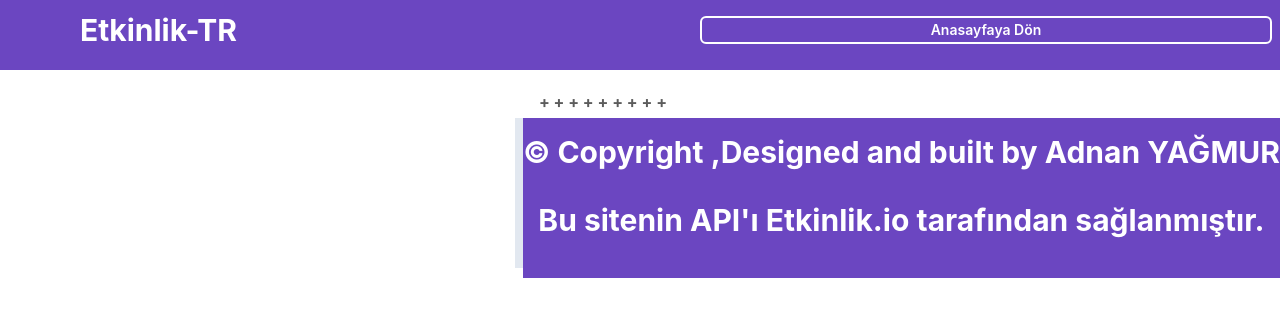
Repository: adnanyagmur/EtsTur-FrontEnd-Hiring-Challange
Page: /detailPage
These files come from the project's save history. The page is drawn as it stood at one moment and after the next save; the edit follows.
The browser window is 1280 px wide. The pictures show the whole page.
The project was rebuilt for these pictures with package versions that can differ from the ones it lists, and the page was loaded fresh each time. Also part of the build but not shown: src/index.css, src/components/eventList/EventList.jsx, src/components/hompage/HomePage.jsx, src/pastApi/json.js, src/components/pastEventList/PastList.jsx.

Above is the page before, as saved 2022-06-21 21:52:05.

### src/index.js
import React from 'react';
import ReactDOM from 'react-dom/client';
import './index.css';
import App from './App';
import {BrowserRouter} from "react-router-dom";
import { ChakraProvider, theme } from '@chakra-ui/react'



const root = ReactDOM.createRoot(document.getElementById('root'));
root.render(
  <React.StrictMode>
    <BrowserRouter>
    <ChakraProvider theme={theme}>
    <App />
    </ChakraProvider>
    </BrowserRouter>
  </React.StrictMode>
);

### src/App.js

import { Route, Routes } from "react-router-dom";
import DetailPage from "./components/detailPage/DetailPage";
import HomePage from "./components/hompage/HomePage";
import PastList from "./components/pastEventList/PastList"





function App() {

  return (
    <div>

    <Routes>
      <Route path="/" element={<HomePage></HomePage>}></Route>
      <Route path="/detailPage" element={<DetailPage></DetailPage>}></Route>

      /gecmisEtkinlikler

      <Route path="/gecmisEtkinlikler" element={<PastList></PastList>}></Route>

    </Routes>

    </div>

  );
}

export default App;

### src/components/detailPage/DetailPage.jsx


import { Grid, Box, GridItem, Text, SimpleGrid, Input, InputGroup, Button, InputRightElement } from '@chakra-ui/react';
import { useNavigate } from 'react-router-dom';


const DetailPage= ()=> {



    const name = localStorage.getItem("name");
    const image = localStorage.getItem("image");
    const category = localStorage.getItem("category");
    const description = localStorage.getItem("description");
    const price = localStorage.getItem("price");
    const basTarih =  localStorage.getItem("basTarih");
    const bitistarihi = localStorage.getItem("bitistarihi");
    const venue= localStorage.getItem("venue");
    const ticketLink = localStorage.getItem("ticketLink");
    const address = localStorage.getItem("address");
    const district=  localStorage.getItem("district");


    const navigation = useNavigate();
    const handleClick = () => {
        navigation("/")
    }


    return(
        <div>



     <Grid
          templateAreas={`"header header"
                  "nav main"
                  "nav footer"`}
          gridTemplateRows={'70px 1fr 150px'}
          gridTemplateColumns={'1fr'}
          h='200px'
          gap='1'
          color='blackAlpha.700'
          fontWeight='bold'
        >
          <GridItem pt='2' pl='80px' bg='purple.600' color='white' area={'header'}>
            <SimpleGrid columns={[null, 2]} spacing='40px'>
              <Text as='span' fontSize='3xl' >Etkinlik-TR</Text>

              <Button bg='purple.600' h mr='2' h='1.75rem' size='sm' mt="2" border='2px' borderColor='white' onClick={handleClick} >
               Anasayfaya Dön
              </Button>
            </SimpleGrid>


          </GridItem>

          <GridItem pl='6' pt='4' pr='6' bg='white' area={'main'} >

            <SimpleGrid columns={[1, null, 2, 3, 4, 5]} spacing='40px'>

            {name}  +  {image} + {category} + {description} + {price} + {basTarih}  +{bitistarihi}

{venue }  + {ticketLink}  + {address} + {district}


            </SimpleGrid>
          </GridItem>
          <GridItem pl='2' bg='gray.200' area={'footer'}>
            <SimpleGrid columns={1} color='white' >
              <Box pt='3' bg='purple.600' textAlign="center" height='80px'> <Text fontSize='3xl' >© Copyright ,Designed and built by Adnan YAĞMUR</Text></Box>
              <Box bg='purple.600' textAlign="center" height='80px'><Text fontSize='3xl' >Bu sitenin API'ı <a href='https://etkinlik.io/'>Etkinlik.io</a> tarafından sağlanmıştır.</Text></Box>
            </SimpleGrid>
          </GridItem>
        </Grid>


        </div>
    )
}

export default DetailPage;

Loaded but not shown: public/index.html (common file)

After the next save:
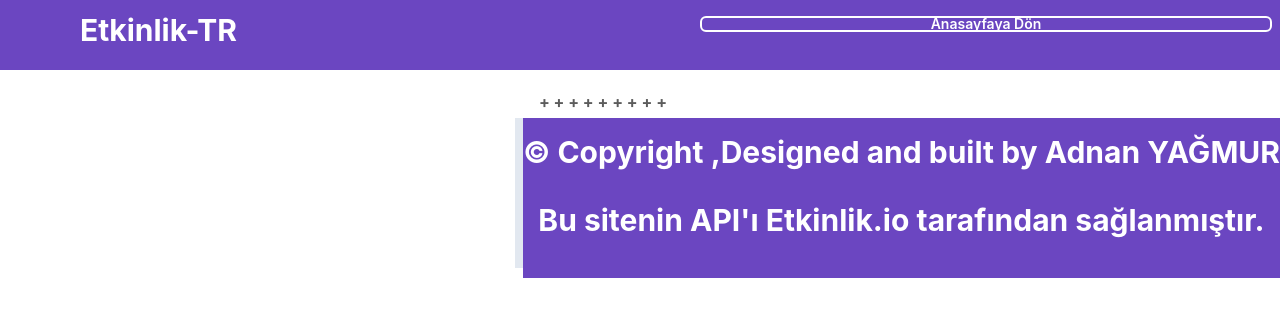
Saved 7 s later.
--- a/src/components/detailPage/DetailPage.jsx
+++ b/src/components/detailPage/DetailPage.jsx
@@ -47,7 +47,7 @@ const DetailPage= ()=> {
             <SimpleGrid columns={[null, 2]} spacing='40px'>
               <Text as='span' fontSize='3xl' >Etkinlik-TR</Text>
 
-              <Button bg='purple.600' h mr='2' h='1.75rem' size='sm' mt="2" border='2px' borderColor='white' onClick={handleClick} >
+              <Button bg='purple.600' h mr='2' h='1rem' size='sm' mt="2" border='2px' borderColor='white' onClick={handleClick} >
                Anasayfaya Dön
               </Button>
             </SimpleGrid>
